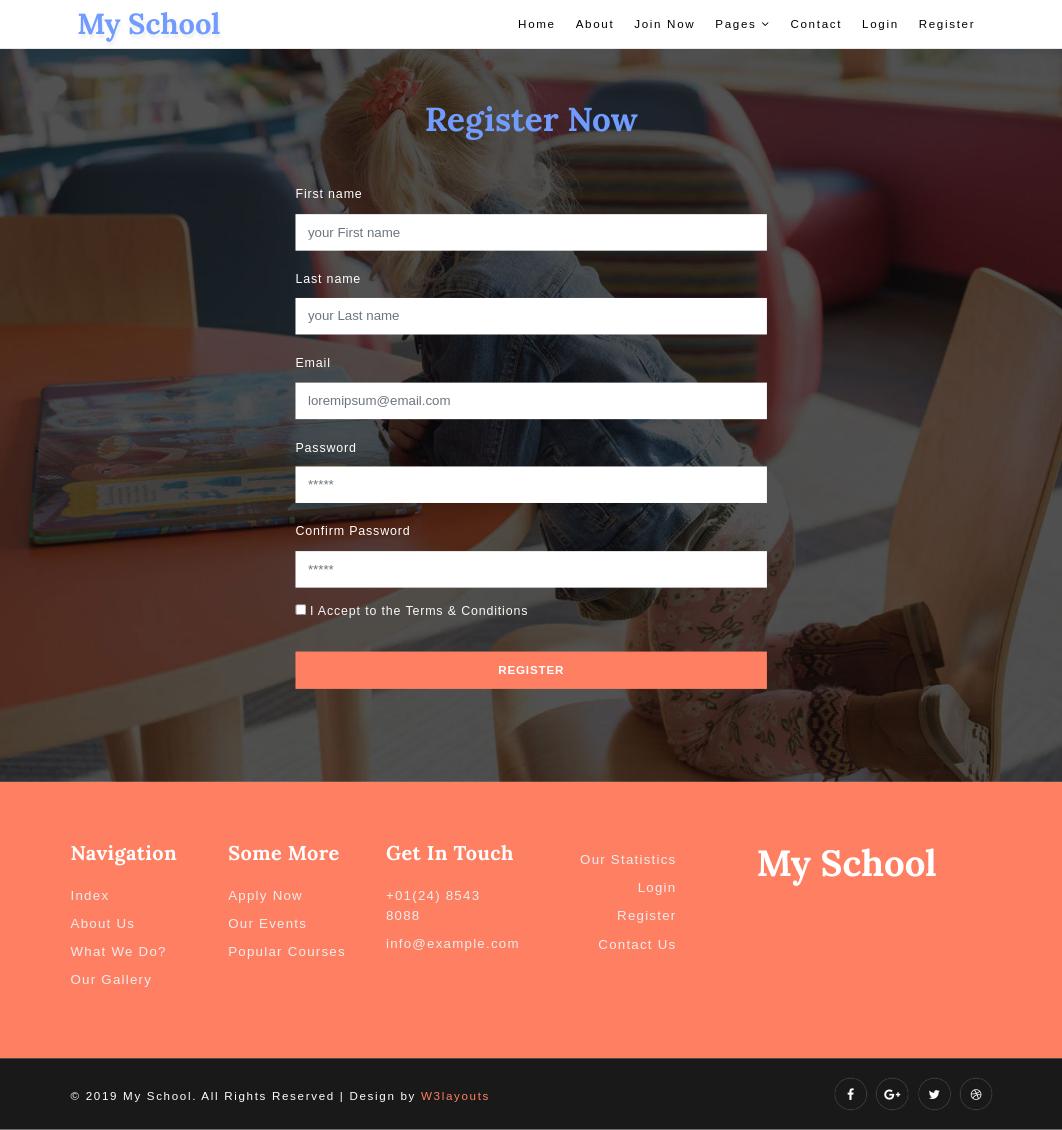
Repository: Gaurangdalvadi6/Web_Technologies_in_JAVA
Page: http://localhost/advance_java_assignment/register.jsp
The author's editor kept a copy of each file at every save. The page is drawn from the files as they stood at one save, then again after the next save.
The browser window is 1280 px wide. The pictures show the whole page, at 83% of full size.
Some web fonts or font styles are not loaded; a fallback is used. The page is served by Tomcat 9.

Above is the page before, as saved 2023-04-27 13:27:27.

After the next save:
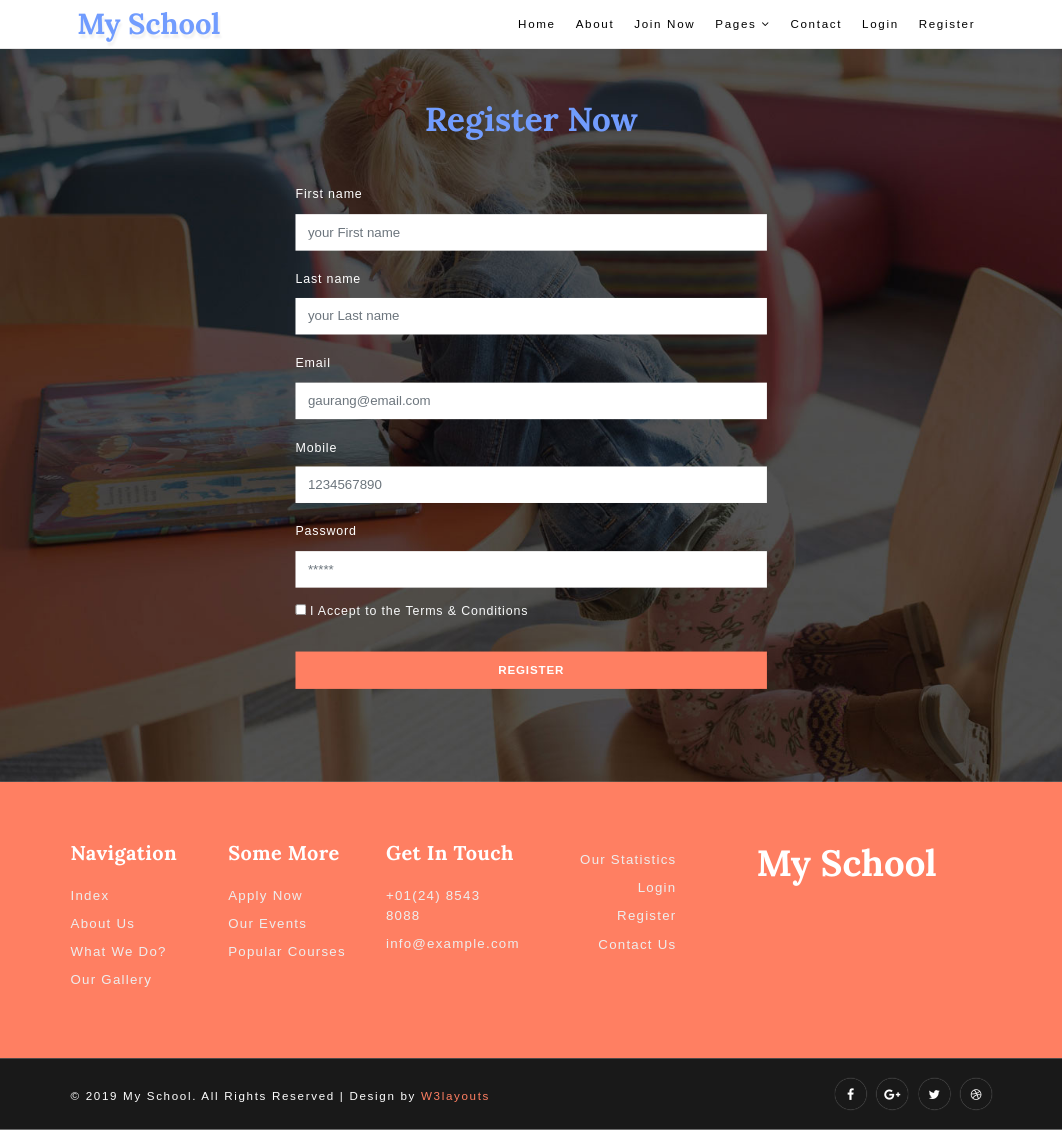
Saved 3 min 32 s later.
--- a/advance_java_assignment/src/main/webapp/register.jsp
+++ b/advance_java_assignment/src/main/webapp/register.jsp
@@ -105,15 +105,16 @@ License URL: http://creativecommons.org/licenses/by/3.0/
                     </div>
                     <div class="form-group">
                         <label class="col-form-label">Email</label>
-                        <input type="email" class="form-control" placeholder="loremipsum@email.com" name="Email"
+                        <input type="email" class="form-control" placeholder="gaurang@email.com" name="email"
                             required="">
                     </div>
                     <div class="form-group">
+                        <label class="col-form-label">Mobile</label>
+                        <input type="tel" class="form-control" placeholder="1234567890" name="mobile"
+                            required="" min="10" maxlength="10">
+                    </div>
+                    <div class="form-group">
                         <label class="col-form-label">Password</label>
-                        <input type="password" class="form-control" placeholder="*****" name="Password" required="">
-                    </div>
-                    <div class="form-group">
-                        <label class="col-form-label">Confirm Password</label>
                         <input type="password" class="form-control" placeholder="*****" name="Password" required="">
                     </div>
                     <div class="sub-w3l my-3">
